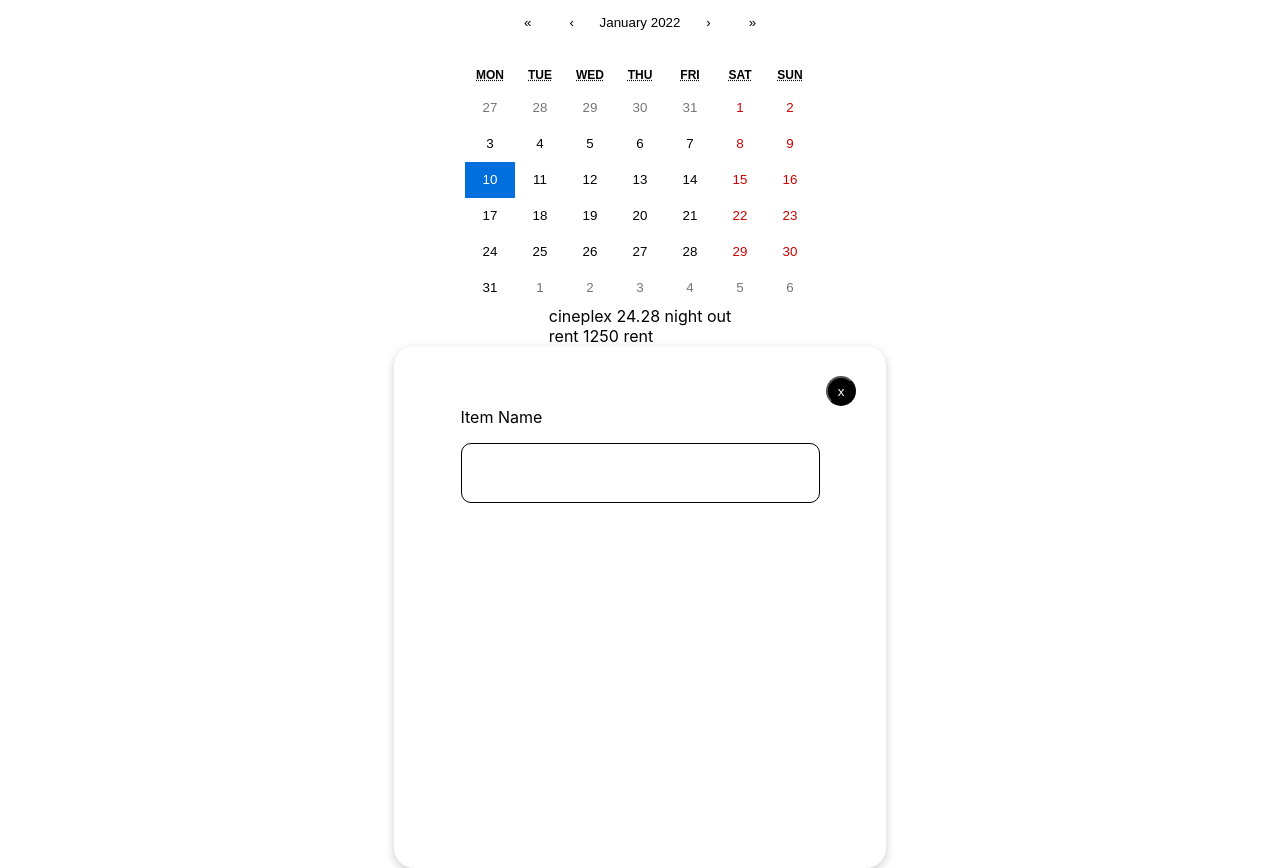
Repository: julianm09/expense-tracker
Page: /
The author's editor kept a copy of each file at every save. The page is drawn from the files as they stood at one save, then again after the next save.
The browser window is 1280 px wide. The pictures show the whole page.
The project was rebuilt for these pictures with package versions that can differ from the ones it lists, and the page was loaded fresh each time. The framework's server and built-in components were replaced by stand-ins that run in the browser. Also part of the build but not shown: next.config.js.

Above is the page before, as saved 2022-01-10 15:02:36.

### pages/_document.js
import Document, { Html, Head, Main, NextScript } from "next/document";
import { ServerStyleSheet } from "styled-components";

class MyDocument extends Document {
  static async getInitialProps(ctx) {
    const sheet = new ServerStyleSheet();
    const originalRenderPage = ctx.renderPage;

    try {
      ctx.renderPage = () =>
        originalRenderPage({
          enhanceApp: (App) => (props) =>
            sheet.collectStyles(<App {...props} />),
        });

      const initialProps = await Document.getInitialProps(ctx);
      return {
        ...initialProps,
        styles: (
          <>
            {initialProps.styles}
            {sheet.getStyleElement()}
          </>
        ),
      };
    } finally {
      sheet.seal();
    }
  }
}



export default MyDocument;

### pages/index.js
import { useState, useEffect } from "react";
import styled from "styled-components";
import MyCalender from "../comps/Calender";
import "react-calendar/dist/Calendar.css";
import DisplayExpense from "../comps/DisplayExpense";
import PopUp from "../comps/popup";

const Cont = styled.div`
  display: flex;
  justify-content: center;
  align-items: center;
  width: 100%;
  flex-direction: column;
`;

export default function Home() {
  const [date, setDate] = useState("");

  const [expenses, setExpenses] = useState({
    "2022-01-08": [
      { name: "save on foods", price: 101.22, type: "groceries" },
      { name: "shell", price: 55.21, type: "gasoline" },
    ],
    "2022-01-09": [
      { name: "earls", price: 150.45, type: "dining" },
      { name: "starbucks", price: 5.24, type: "coffee" },
    ],
    "2022-01-10": [
      { name: "cineplex", price: 24.28, type: "night out" },
      { name: "rent", price: 1250, type: "rent" },
    ],
  });

  return (
    <Cont>
      <MyCalender date={date} setDate={setDate} />
      <DisplayExpense expenses={expenses} date={date} />
      <PopUp />
    </Cont>
  );
}

### comps/Calender.js
import { useState, useEffect } from "react";
import styled from "styled-components";
import Calendar from "react-calendar";
import "react-calendar/dist/Calendar.css";

const CalenderUI = styled(Calendar)`
  display: flex;
  flex-direction: column;
  justify-content: center;
  align-items: center;
  border: none;
`;

export default function MyCalender({ date, setDate }) {
  const [value, onChange] = useState(new Date());

  function convert(str) {
    var date = new Date(str),
      mnth = ("0" + (date.getMonth() + 1)).slice(-2),
      day = ("0" + date.getDate()).slice(-2);
    return [date.getFullYear(), mnth, day].join("-");
  }

  useEffect(() => {
    setDate(convert(value));
  }, [value]);

  return (
    <div>
      <CalenderUI onChange={onChange} value={value} />
    </div>
  );
}

### comps/DisplayExpense.js
import { useState, useEffect } from "react";
import styled from "styled-components";

const Cont = styled.div`
  display: flex;
  flex-direction: column;
`;

export default function DisplayExpense({ expenses, date }) {
  console.log(expenses);

  return (
    <Cont>
      {expenses[date]
        ? expenses[date].map((expense) => (
            <div key={expense.name}>
              {expense.name + " " + expense.price + " " + expense.type}
            </div>
          ))
        : ""}
    </Cont>
  );
}

### comps/popup.js
import { useState, useEffect } from "react";
import styled from "styled-components";

const Cont = styled.div`
  display: flex;
  flex-direction: column;

  align-items: center;
  width: 492px;
  height: 522px;
  padding: 45px;
  background-color: #fff;
  border-radius: 20px;
  box-shadow: 0 3px 10px rgb(0 0 0 / 0.2);
  position: relative;
`;
const XButton = styled.button`
  position: absolute;
  top: 30px;
  right: 30px;
  border-radius: 20px;
  background-color: #000;
  width: 30px;
  height: 30px;
  color: #fff;
`;

const TextCont = styled.div`
  width: 359px;
  display: flex;
  justify-content: flex-start;

  flex-direction: column;
`;

const Box = styled.input`
  width: 359px;
  height: 60px;
  border: 0.5px solid #000;
  border-radius: 10px;
`;

const Title = styled.p``;
const BottomDiv = styled.div``;
export default function PopUp() {
  return (
    <Cont>
      <XButton>x</XButton>
      <BottomDiv>
        <TextCont>
          <Title>Item Name</Title>
          <Box></Box>
        </TextCont>
      </BottomDiv>
    </Cont>
  );
}

Loaded but not shown: pages/_app.js (common file); styles/globals.css (common file)

After the next save:
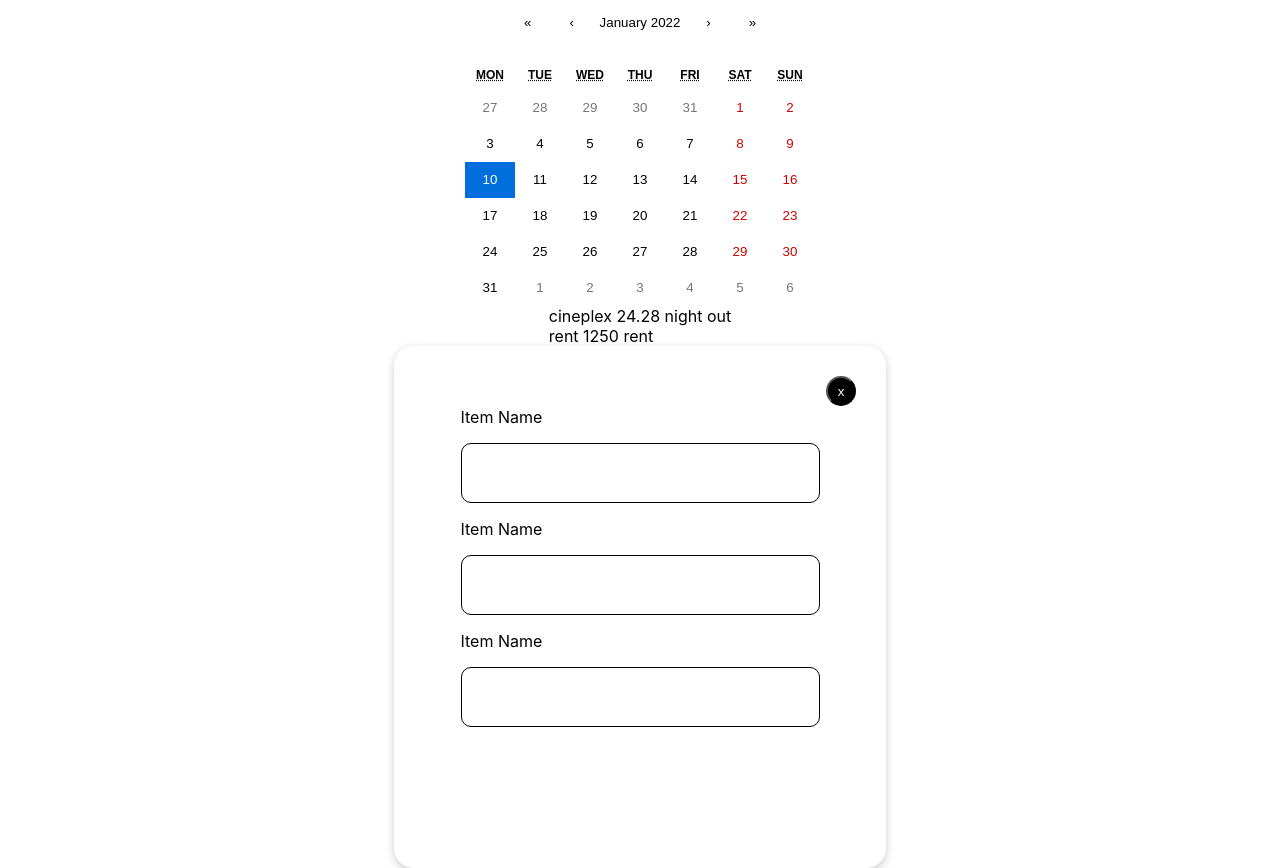
Saved 9 s later.
--- a/comps/popup.js
+++ b/comps/popup.js
@@ -51,6 +51,14 @@ export default function PopUp() {
           <Title>Item Name</Title>
           <Box></Box>
         </TextCont>
+        <TextCont>
+          <Title>Item Name</Title>
+          <Box></Box>
+        </TextCont>
+        <TextCont>
+          <Title>Item Name</Title>
+          <Box></Box>
+        </TextCont>
       </BottomDiv>
     </Cont>
   );
